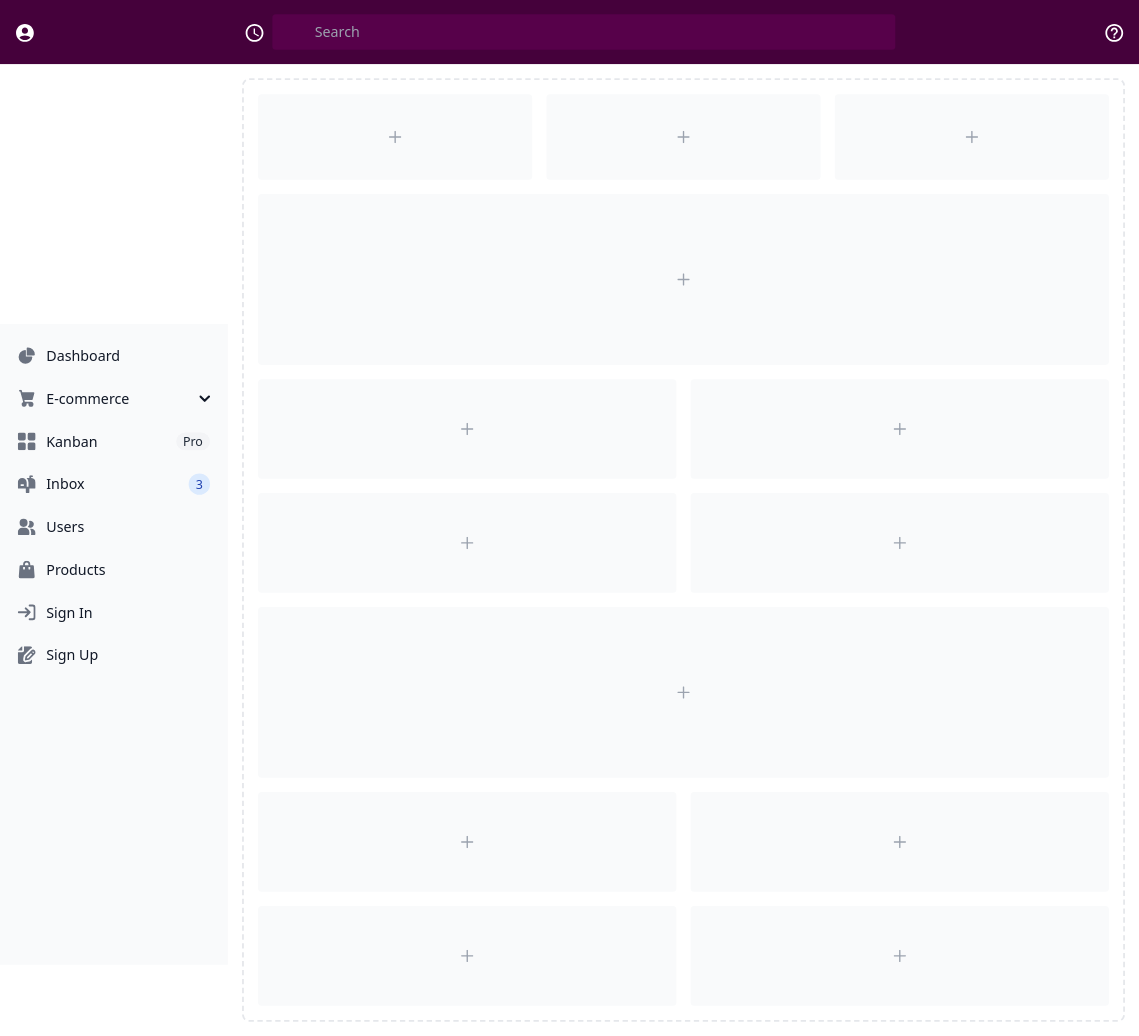
Repository: Shamraiz761/Slack_clone
Page: /
An editor plug-in stored every save of this project. The page is shown before and after the next save, followed by the edit.
The browser window is 1280 px wide. The pictures show the whole page, at 89% of full size.
The project was rebuilt for these pictures with package versions that can differ from the ones it lists, and the page was loaded fresh each time. Also part of the build but not shown: vite.config.js.

Above is the page before, as saved 2024-01-14 18:48:46.

After the next save:
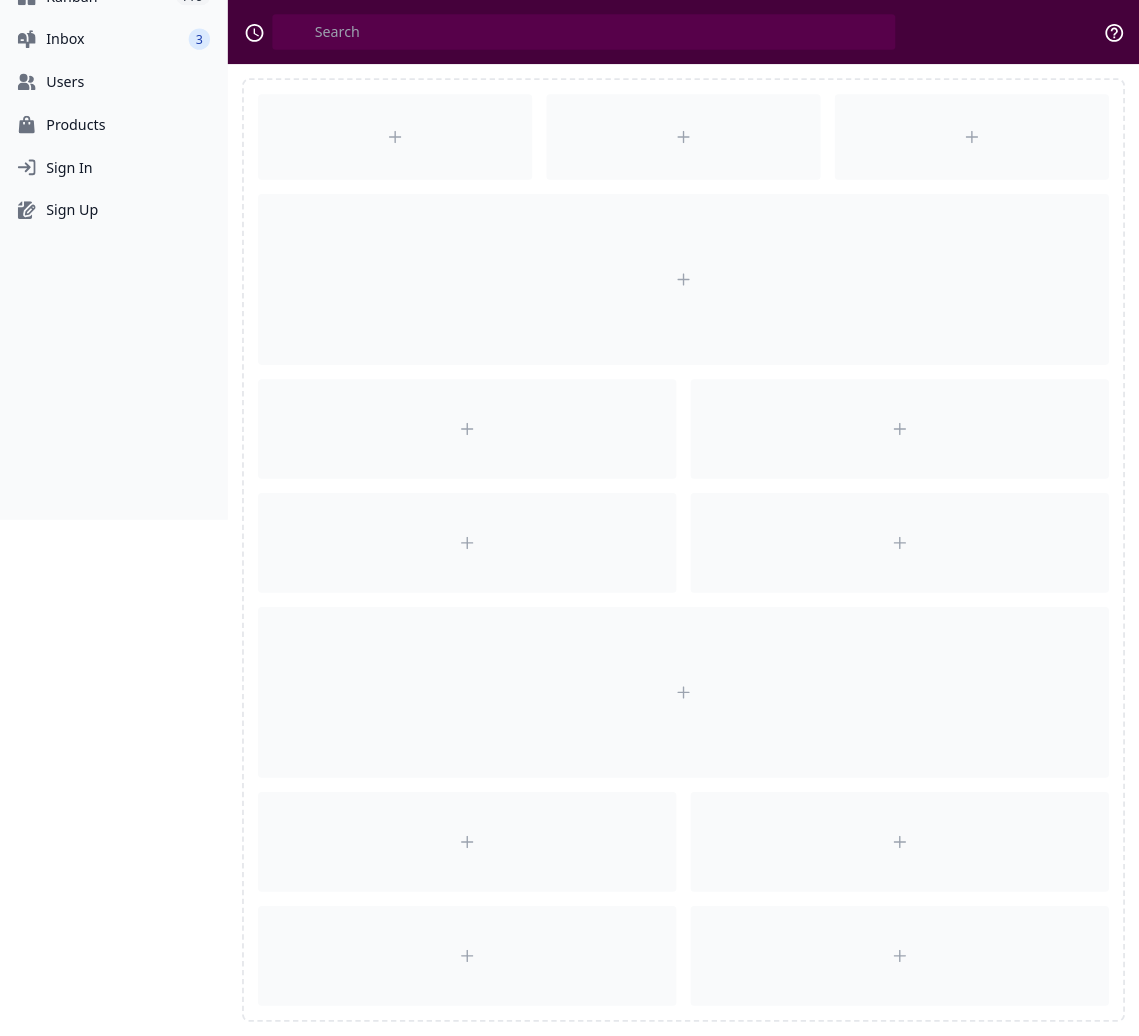
Saved 11 s later.
--- a/src/components/sidebar/Sidebar.jsx
+++ b/src/components/sidebar/Sidebar.jsx
@@ -28,7 +28,7 @@ function Sidebar() {
 
       <aside
         id="sidebar-multi-level-sidebar"
-        className="absolute top-full left-0 mt-[-800px] w-64 h-screen transition-transform -translate-x-full sm:translate-x-0"
+        className="absolute top-full left-0 mt-[-1300px] w-64 h-screen transition-transform -translate-x-full sm:translate-x-0"
         aria-label="Sidebar"
       >
         <div className="h-full px-3 py-4 overflow-y-auto bg-gray-50 dark:bg-gray-800">
